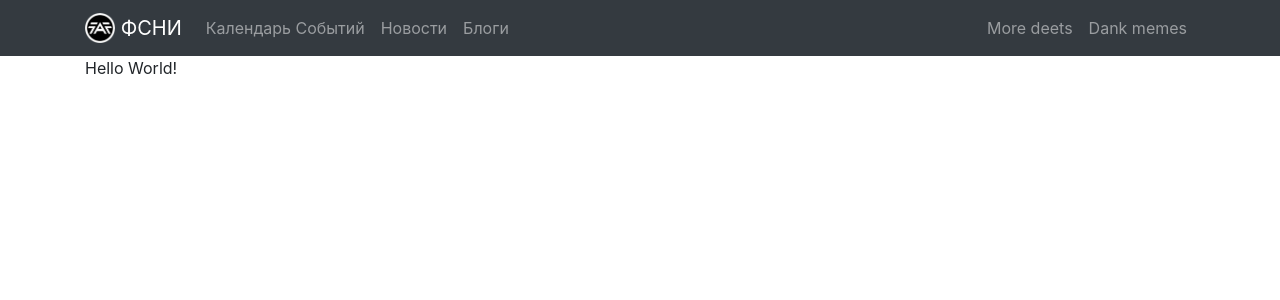
Repository: alexey1986/fsni_test
Page: /
An editor plug-in stored every save of this project. The page is shown before and after a run of saves, followed by the edit.
The browser window is 1280 px wide. The pictures show the whole page.
The project was rebuilt for these pictures with package versions that can differ from the ones it lists, and the page was loaded fresh each time.

Above is the page before, as saved 2020-08-27 20:59:34.

After the next 2 saves:
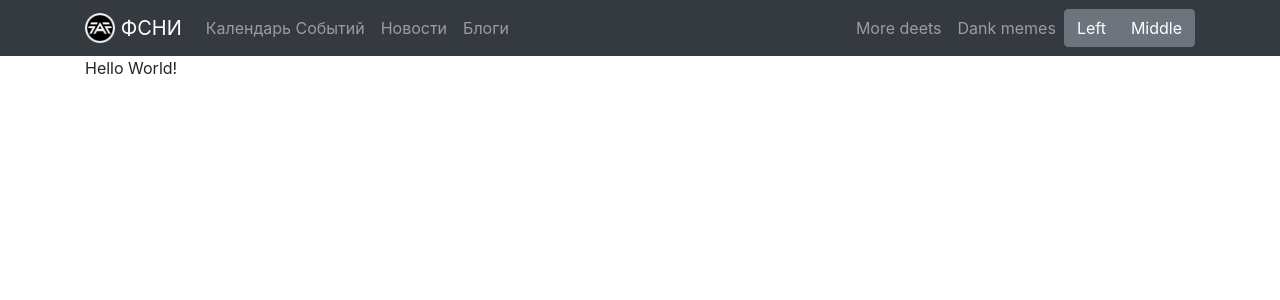
The 2 saves are shown as one change because 1 did not build or start.
The last was saved 83 s later.
--- a/src/App.js
+++ b/src/App.js
@@ -1,6 +1,6 @@
 import React from 'react';
 import { BrowserRouter as Router, Link, NavLink, Route } from "react-router-dom";
-import { Container, Navbar, Nav, NavDropdown } from 'react-bootstrap';
+import { Container, Navbar, Nav, ButtonGroup, Button } from 'react-bootstrap';
 import Home from './components/home/home';
 import logo from './logo.png';
 
@@ -32,6 +32,10 @@
                 Dank memes
               </Nav.Link>
             </Nav>
+            <ButtonGroup aria-label="Basic example">
+              <Button variant="secondary">Left</Button>
+              <Button variant="secondary">Middle</Button>
+            </ButtonGroup>
           </Navbar.Collapse>
         </Container>
       </Navbar>
